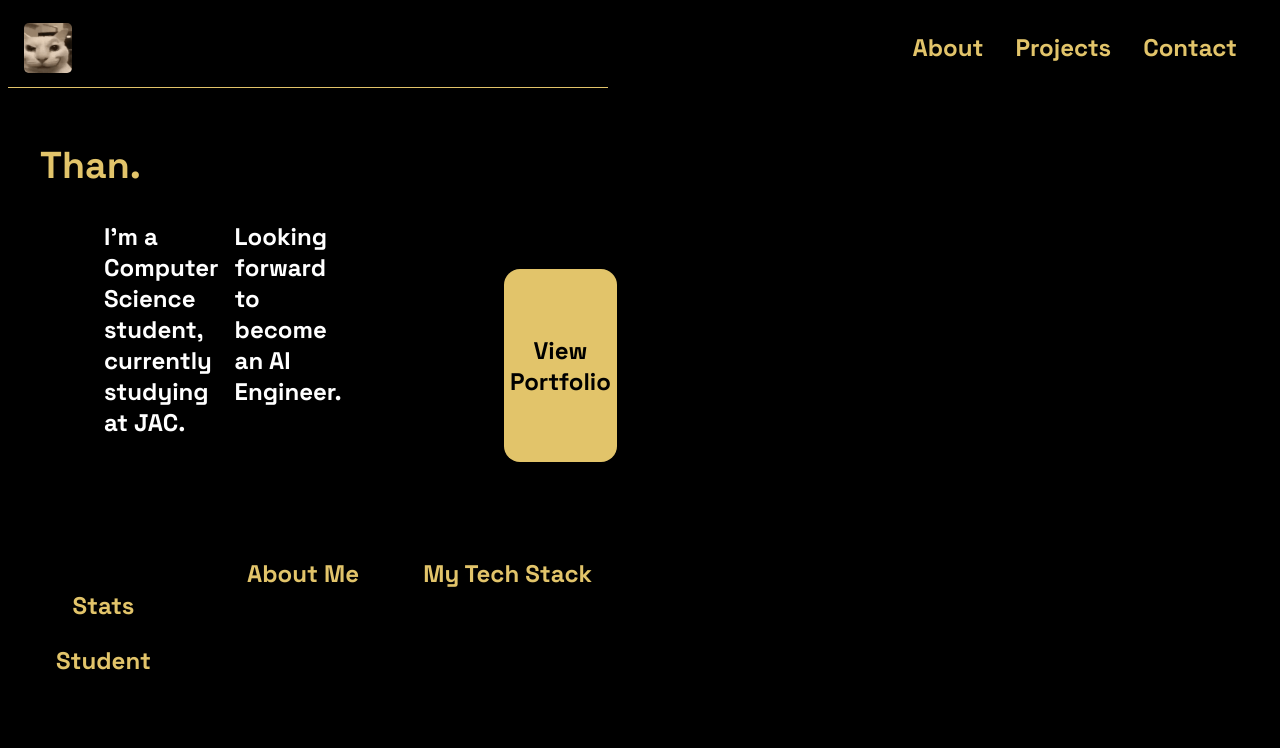
Repository: Than-dot/Than-dot
Page: index.html
The author's editor kept a copy of each file at every save. The page is drawn from the files as they stood at one save, then again after a run of saves.
The browser window is 1280 px wide. The pictures show the whole page.

Above is the page before, as saved 2026-05-06 13:03:01.

After the next 5 saves:
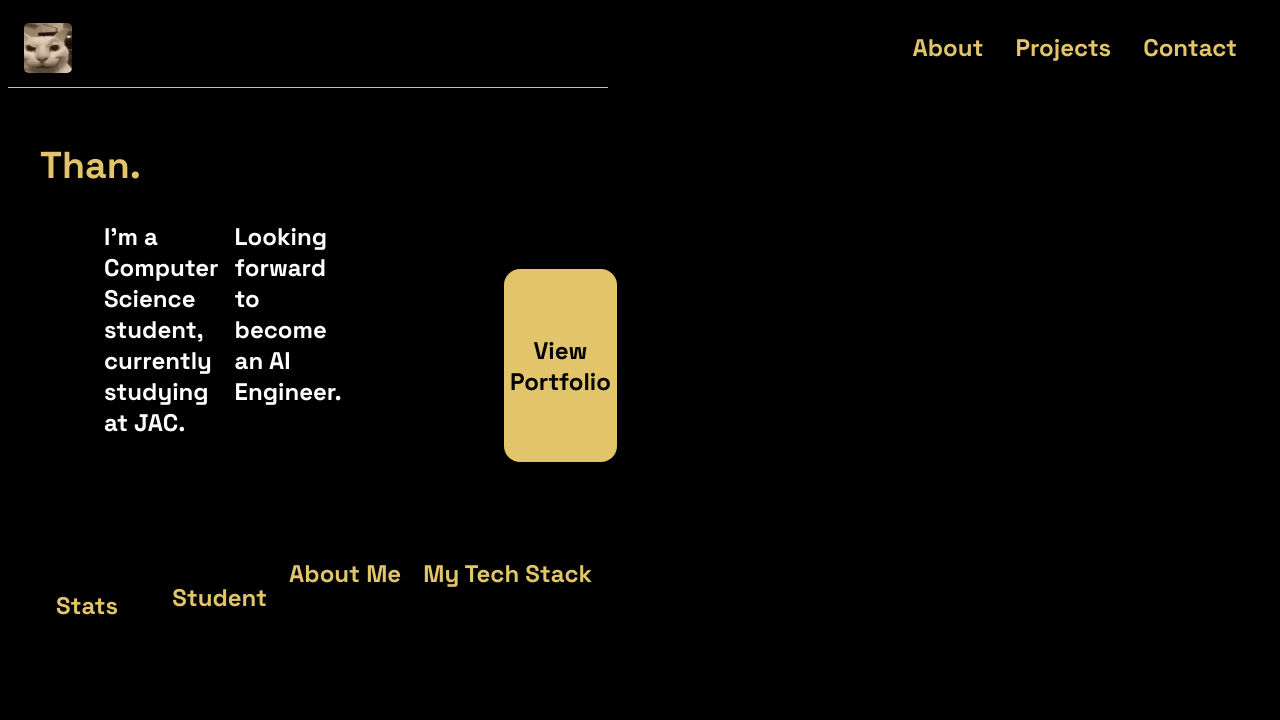
The 5 saves are shown as one change because they came seconds apart.
The last was saved 22 s later.
--- a/index.html
+++ b/index.html
@@ -30,10 +30,9 @@
       </section>
     </main>
     <section class="container2">
-      <article class="stats">
-        Stats
-        <p>Student</p>
-      </article>
+      <article class="stats">Stats</article>
+      <p>Student</p>
+
       <aside class="s-asi">About Me</aside>
       <article class="s-art">My Tech Stack</article>
     </section>
